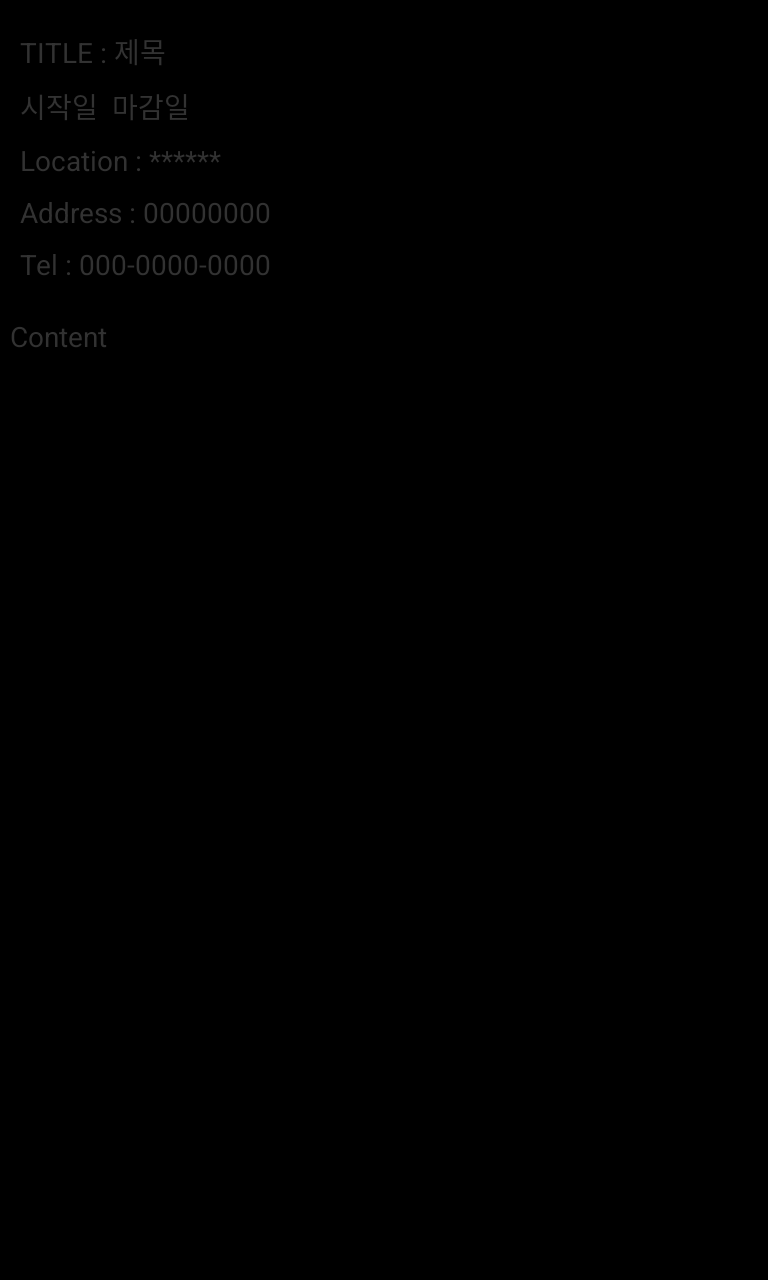
Repository: chlduq04/java
Layout: Culturemap/res/layout/detail.xml
The author's editor kept a copy of each file at every save. The layout is drawn from the files as they stood at one save, then again after the next save.
It is drawn on a 768 x 1280 px phone screen (xhdpi) without system bars, with theme AppTheme; the app's code is not run.

Above is the layout before, as saved 2012-07-23 07:11:32.

After the next save:
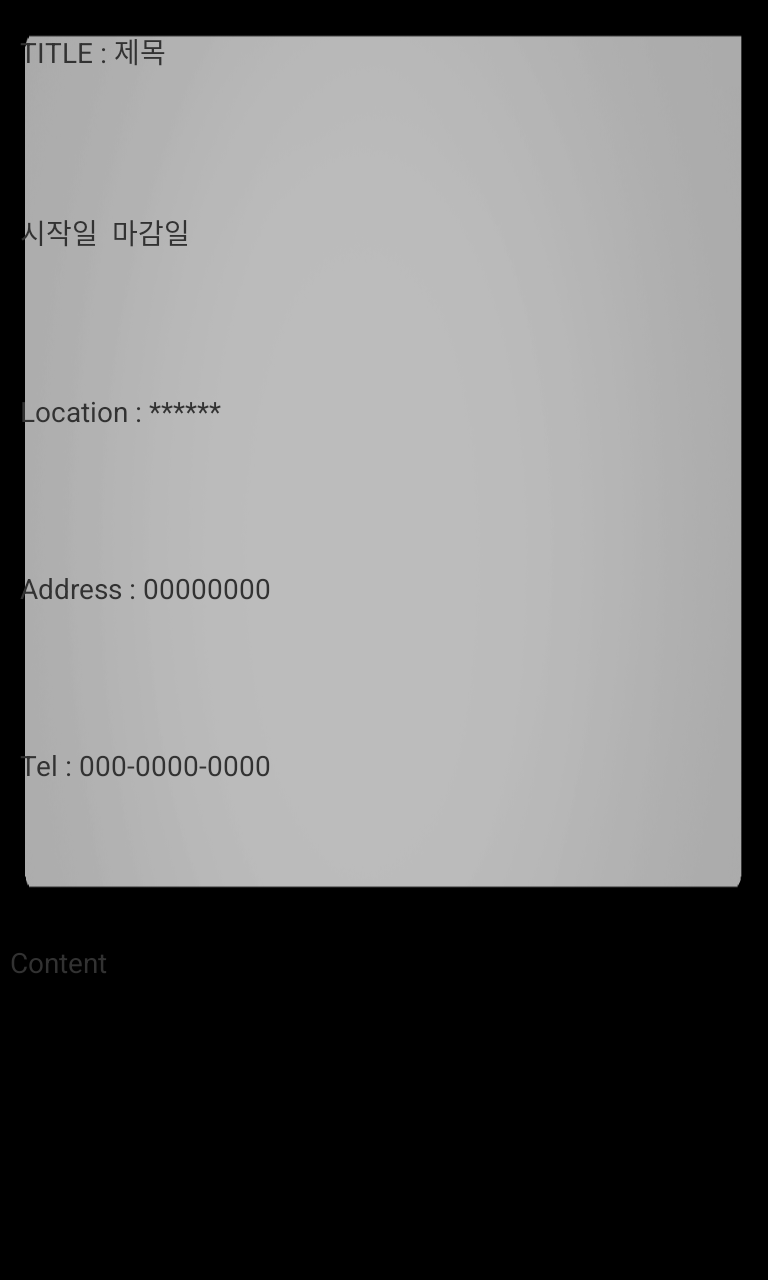
Saved 3 min 8 s later.
--- a/Culturemap/res/layout/detail.xml
+++ b/Culturemap/res/layout/detail.xml
@@ -6,6 +6,7 @@
     android:background="#000000">
 
     <LinearLayout
+        android:background="@drawable/contents"
         android:layout_width="match_parent"
         android:layout_height="wrap_content"
         android:layout_margin="5dip"

After the save that followed:
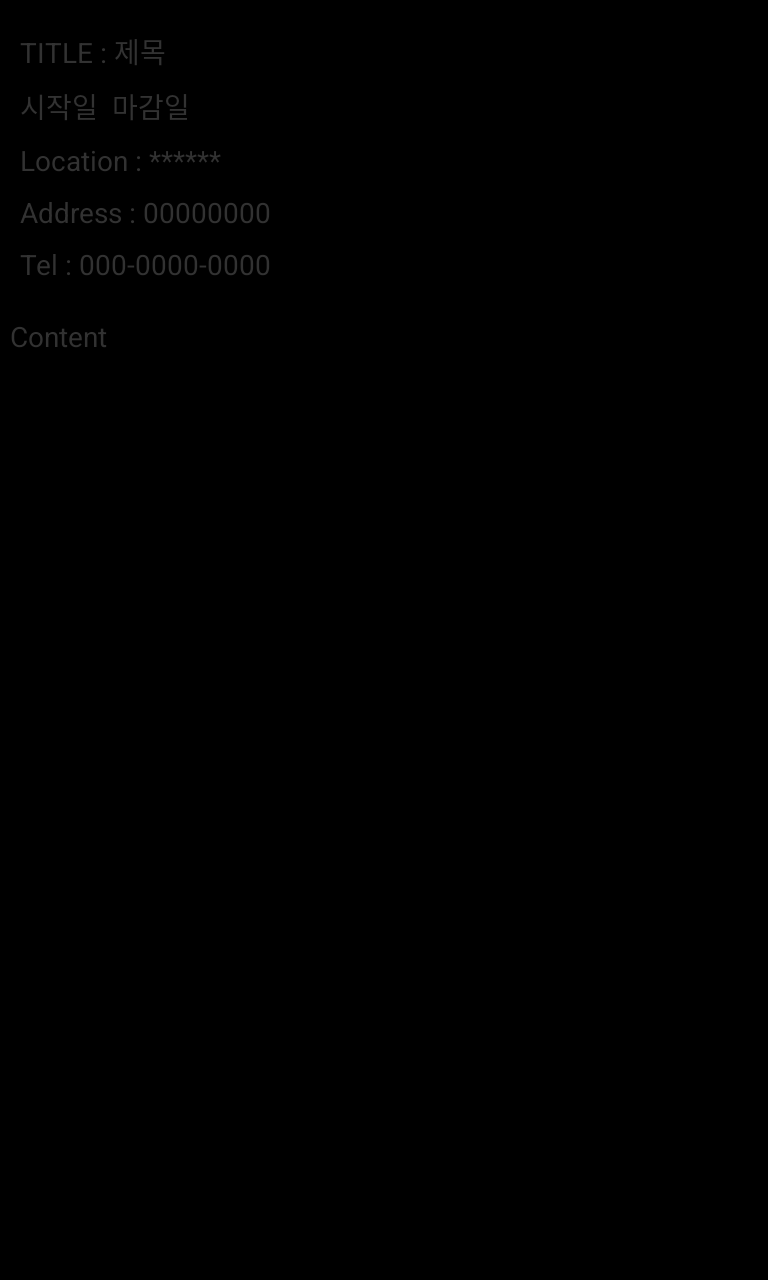
Saved 20 s later.
--- a/Culturemap/res/layout/detail.xml
+++ b/Culturemap/res/layout/detail.xml
@@ -6,7 +6,6 @@
     android:background="#000000">
 
     <LinearLayout
-        android:background="@drawable/contents"
         android:layout_width="match_parent"
         android:layout_height="wrap_content"
         android:layout_margin="5dip"
